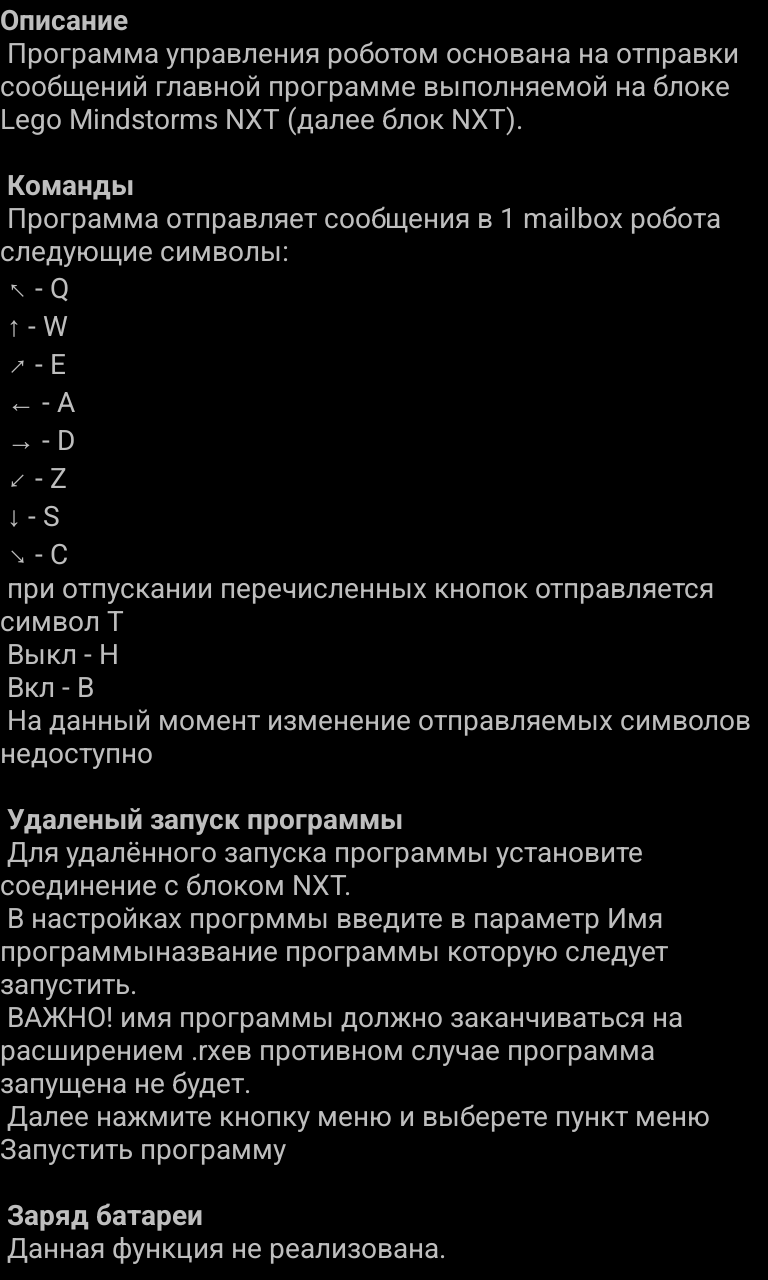
Repository: ssbayanov/panhandlerNXT
Layout: poproshaika/res/layout/help.xml
The author's editor kept a copy of each file at every save. The layout is drawn from the files as they stood at one save, then again after the next save.
It is drawn on a 768 x 1280 px phone screen (xhdpi) without system bars, with theme android:Theme; the app's code is not run.

Above is the layout before, as saved 2012-11-06 07:31:29.

### poproshaika/res/layout/help.xml
<?xml version="1.0" encoding="utf-8"?>
<LinearLayout xmlns:android="http://schemas.android.com/apk/res/android"
    android:layout_width="fill_parent"
    android:layout_height="fill_parent"
    android:orientation="vertical" >

    <ScrollView
        android:id="@+id/scrollView1"
        android:layout_width="fill_parent"
        android:layout_height="fill_parent" >


            <TextView
                android:id="@+id/help_content"
                android:layout_width="fill_parent"
                android:layout_height="wrap_content"
                android:gravity="top"
                android:text="@string/help_content" />



    </ScrollView>

</LinearLayout>

### poproshaika/res/values/strings.xml
<?xml version="1.0" encoding="utf-8"?>
<resources xmlns:xliff="urn:oasis:names:tc:xliff:document:1.2">

    <string name="app_name">Управление NXT</string>

    <!--  BluetoothChat -->
    <string name="send">Send</string>
    <string name="not_connected">Устройство не подключено</string>
    <string name="bt_not_enabled">Bluetooth выключен.\n Включите его для работы</string>
    <string name="bt_enabled">Bluetooth включен</string>
    <string name="bt_not_supported">Bluetooth не поддерживается</string>
    <string name="title_connecting">Соединение&#8230;</string>
    <string name="title_connected_to">Соединение с <xliff:g id="device_name">%1$s</xliff:g></string>
    <string name="title_not_connected">Не удалось подключиться</string>
    <string name="title_connection_close">Соединение разорвоно</string>


    <!--  DeviceListActivity -->
    <string name="scanning">Сканируем устройства&#8230;</string>
    <string name="select_device">Выберите устройство для соединения</string>
    <string name="none_paired">Нет соединённых устройств</string>
    <string name="none_found">Устройства не найдены</string>
    <string name="button_scan">Найти устройства</string>
    <string name="connected_devices">Подключенные устройства</string>
    <string name="descovered_devices">Найденные устройства</string>

    <!-- Options Menu -->
    <string name="secure_connect">Подключить устройсто</string>
    <string name="run_programm">Запустить программу</string>
    <string name="disconnect">Отключить устройсто</string>
    <string name="discoverable">Сделать видимым</string>
    <string name="help">Помощь</string>

    <!-- Main Layout -->
    <string name="main_title">Программа управления NXT v1.1</string>
    <string name="robot_name">Имя робота</string>
    <string name="foward_left">↖</string>
    <string name="foward">↑</string>
    <string name="foward_right">↗</string>
    <string name="left">←</string>
    <string name="button_scan_off">Выкл</string>
    <string name="button_scan_on">Вкл</string>
    <string name="right">→</string>
    <string name="backward_left">↙</string>
    <string name="backward">↓</string>
    <string name="backward_right">↘</string>

    <!-- Preferances -->
    <string name="preferences">Настройки</string>
    <string name="summary_preferences">Общие</string>
    <string name="title_preference_show_battery">Отобразить заряд баттареи</string>
    <string name="summary_on_preference_show_battery">Отображается</string>
    <string name="summary_off_preference_show_battery">Не отображается</string>
    <string name="robot_preferences">Робот</string>
    <string name="title_preference_name_program">Имя программы</string>
    <string name="title_preference_summary_name_program">Введите имя программы которую требуется запустить на роботе</string>
    <string name="preference_edit_this_text">Имя программы</string>

    <!--  Help  -->
    <string name="help_content">
<b>Описание</b>\n
Программа управления роботом основана на отправки сообщений главной программе выполняемой на блоке Lego Mindstorms NXT (далее блок NXT).\n\n
<b>Команды</b>\n
Программа отправляет сообщения в 1 mailbox робота следующие символы:\n
 ↖ - "Q"\n
↑ - "W"\n
 ↗ - "E"\n
← - "A"\n
→ - "D"\n
↙ - "Z"\n
↓ - "S"\n
↘ - "C"\n
при отпускании перечисленных кнопок отправляется символ "T"\n
Выкл - "H"\n
Вкл - "B"\n
На данный момент изменение отправляемых символов недоступно\n\n
<b>Удаленый запуск программы</b>\n
Для удалённого запуска программы установите соединение с блоком NXT.\n
В настройках прогрммы введите в параметр "Имя программы" название программы которую следует запустить.\n
ВАЖНО! имя программы должно заканчиваться на расширением ".rxe" в противном случае программа запущена не будет.\n
Далее нажмите кнопку меню и выберете пункт меню "Запустить программу"\n\n
<b>Заряд батареи</b>\n
Данная функция не реализована.
</string>
</resources>

After the next save:
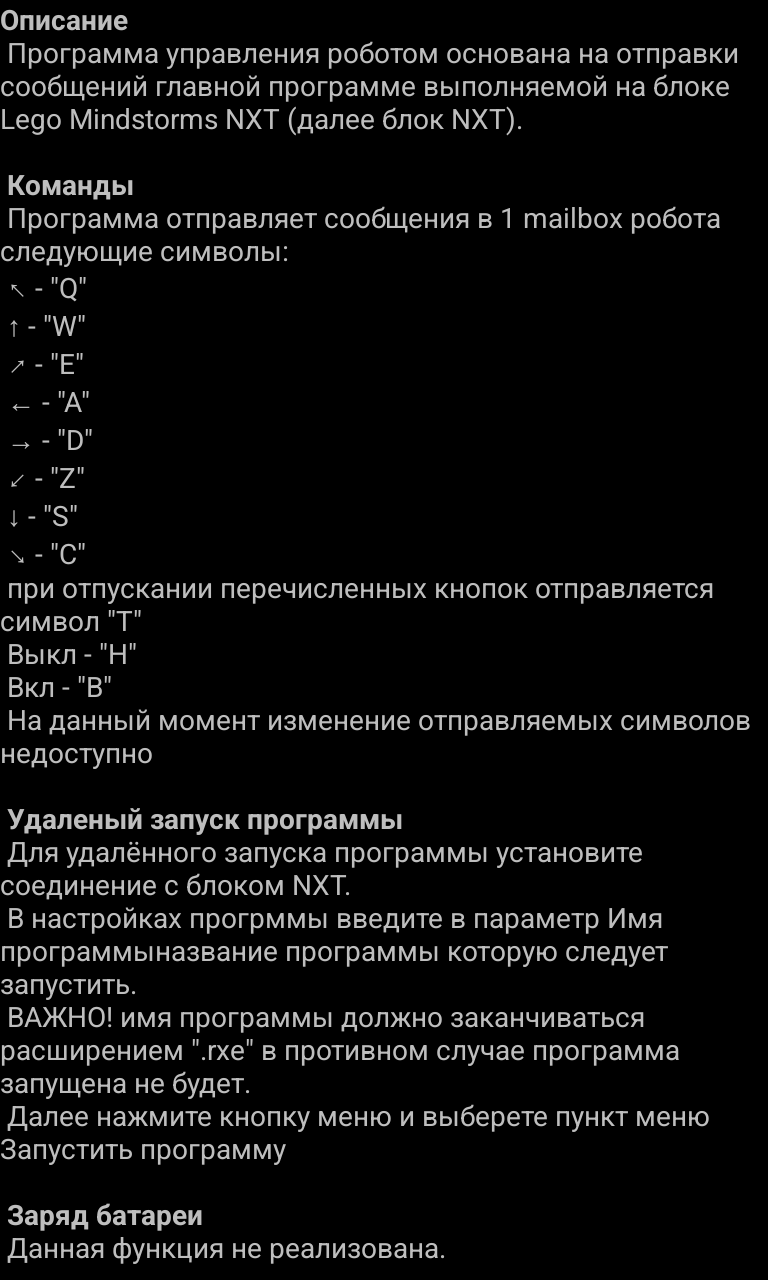
Saved 108 s later.
--- a/poproshaika/res/values/strings.xml
+++ b/poproshaika/res/values/strings.xml
@@ -62,22 +62,22 @@
 Программа управления роботом основана на отправки сообщений главной программе выполняемой на блоке Lego Mindstorms NXT (далее блок NXT).\n\n
 <b>Команды</b>\n
 Программа отправляет сообщения в 1 mailbox робота следующие символы:\n
- ↖ - "Q"\n
-↑ - "W"\n
- ↗ - "E"\n
-← - "A"\n
-→ - "D"\n
-↙ - "Z"\n
-↓ - "S"\n
-↘ - "C"\n
-при отпускании перечисленных кнопок отправляется символ "T"\n
-Выкл - "H"\n
-Вкл - "B"\n
+ ↖ - \"Q\"\n
+↑ - \"W\"\n
+ ↗ - \"E\"\n
+← - \"A\"\n
+→ - \"D\"\n
+↙ - \"Z\"\n
+↓ - \"S\"\n
+↘ - \"C\"\n
+при отпускании перечисленных кнопок отправляется символ \"T\"\n
+Выкл - \"H\"\n
+Вкл - \"B\"\n
 На данный момент изменение отправляемых символов недоступно\n\n
 <b>Удаленый запуск программы</b>\n
 Для удалённого запуска программы установите соединение с блоком NXT.\n
 В настройках прогрммы введите в параметр "Имя программы" название программы которую следует запустить.\n
-ВАЖНО! имя программы должно заканчиваться на расширением ".rxe" в противном случае программа запущена не будет.\n
+ВАЖНО! имя программы должно заканчиваться расширением \".rxe\" в противном случае программа запущена не будет.\n
 Далее нажмите кнопку меню и выберете пункт меню "Запустить программу"\n\n
 <b>Заряд батареи</b>\n
 Данная функция не реализована.
